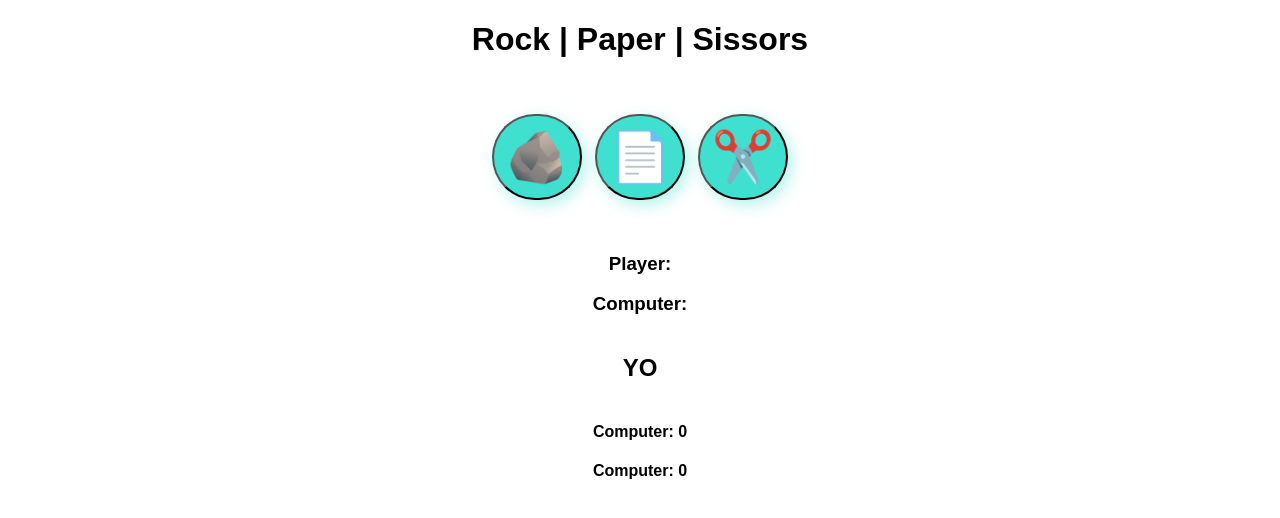
Repository: SakthivelDurai47/Rock-Paper-Sissors
Page: index.html
The author's editor kept a copy of each file at every save. The page is drawn from the files as they stood at one save, then again after the next save.
The browser window is 1280 px wide. The pictures show the whole page.

Above is the page before, as saved 2025-04-14 22:12:46.

After the next save:
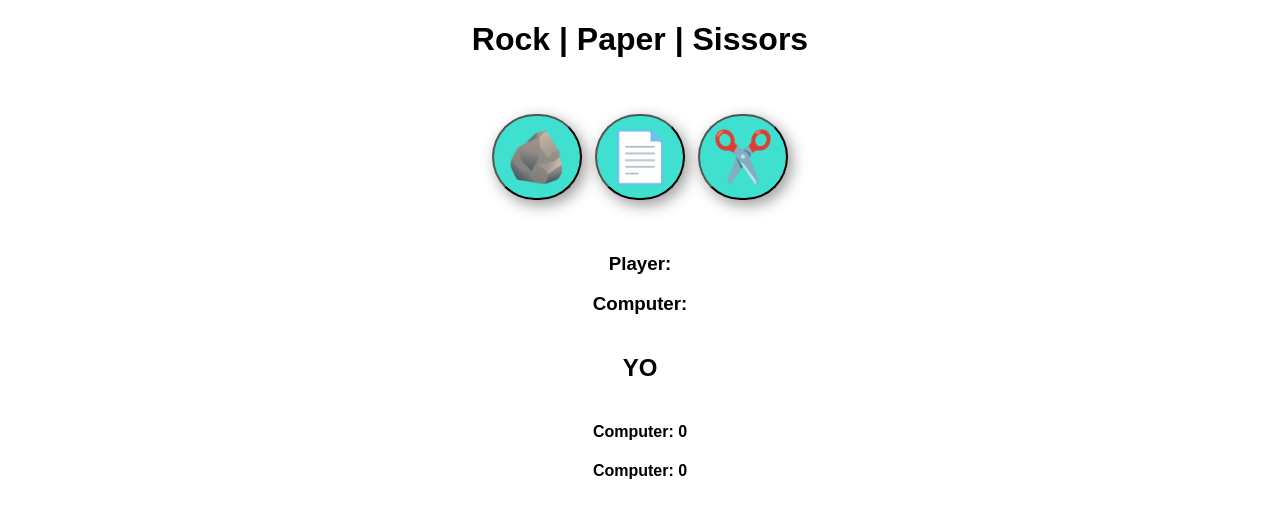
Saved 8 s later.
--- a/styles.css
+++ b/styles.css
@@ -15,5 +15,5 @@ button {
   padding: 12px;
   margin: 4px;
   background-color: turquoise;
-  box-shadow: 4px 5px 15px rgba(64, 224, 208, 0.4);
+  box-shadow: 4px 5px 15px rgba(0, 3, 3, 0.4);
 }
